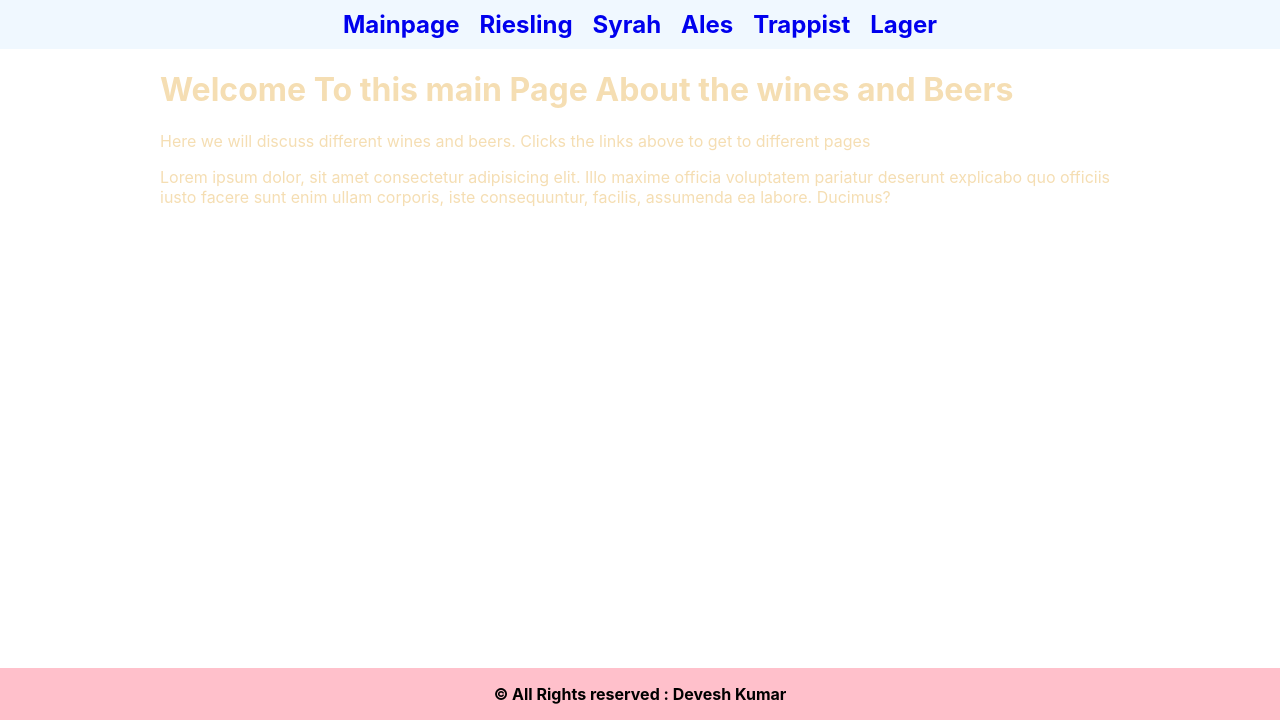
Repository: portretrieve/react-practice
Page: /
An editor plug-in stored every save of this project. The page is shown before and after the next save, followed by the edit.
The browser window is 1280 px wide. The pictures show the whole page.
The project was rebuilt for these pictures with package versions that can differ from the ones it lists, and the page was loaded fresh each time. Also part of the build but not shown: src/wines/Riesling.js, src/wines/Syrah.js, src/beers/Ale.js, src/beers/Lager.js, src/beers/Trappist.js.

Above is the page before, as saved 2021-08-26 19:47:47.

After the next save:
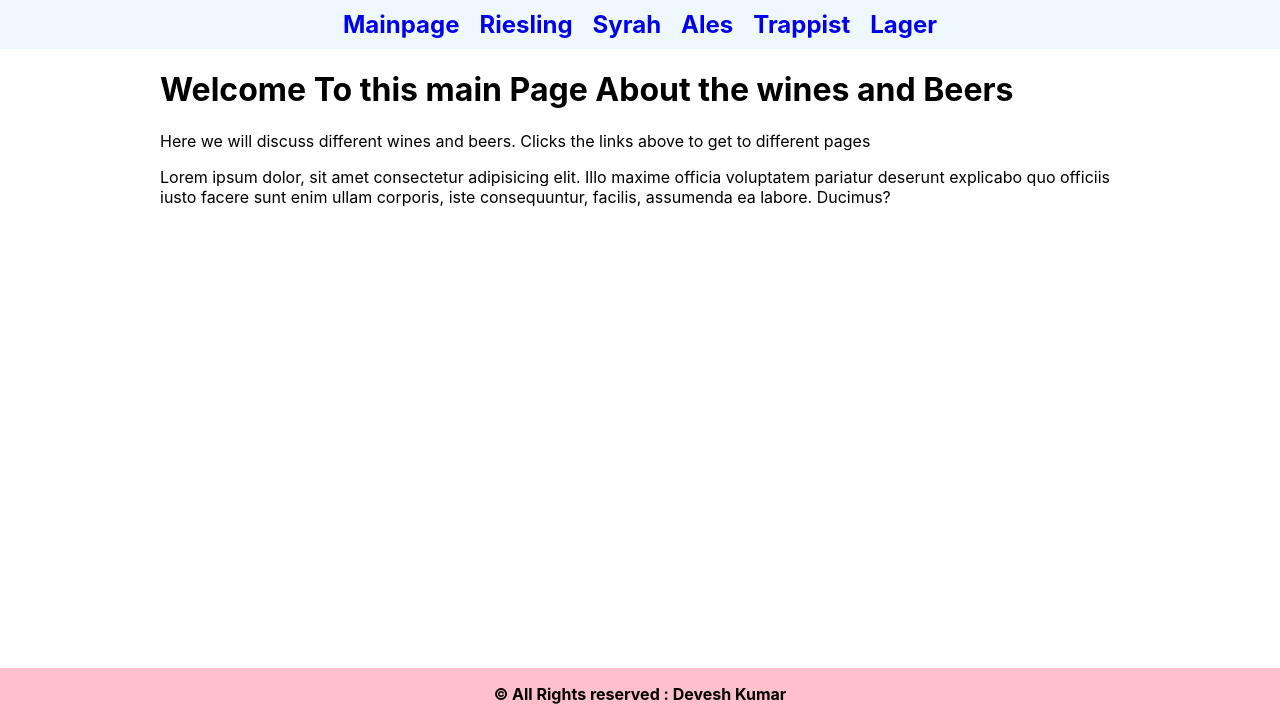
Saved 24 s later.
--- a/src/Util/centerContent.module.css
+++ b/src/Util/centerContent.module.css
@@ -1,5 +1,4 @@
 .container {
     max-width: 960px;
-    color: wheat;
     margin: 0 auto;
 }
